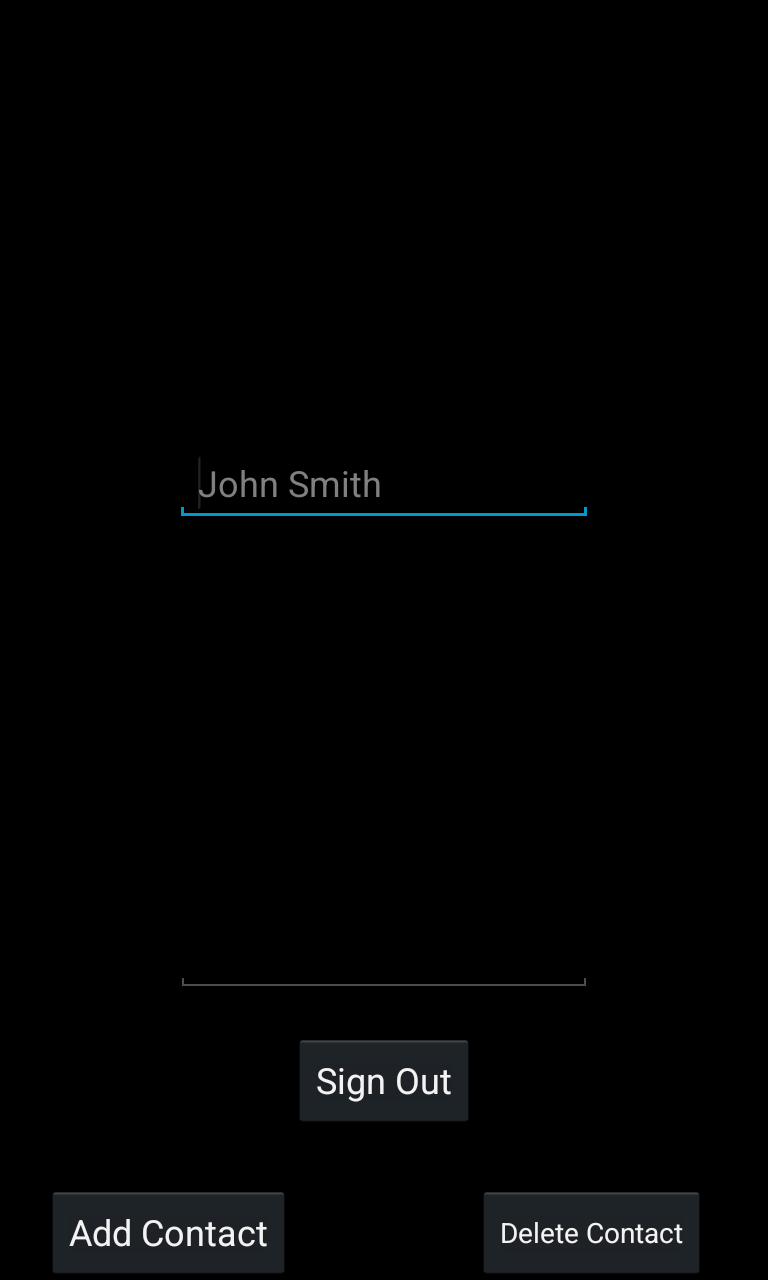
Repository: arianaantonio/CPMD
Layout: ContactsAppAndroid/res/layout/contacts_layout.xml
An editor plug-in stored every save of this project. The layout is shown before and after the next save, followed by the edit.
It is drawn on a 768 x 1280 px phone screen (xhdpi) without system bars, with theme android:Theme.Holo; the app's code is not run. Lists and similar views that code fills are empty.

Above is the layout before, as saved 2014-10-30 08:19:40.

### ContactsAppAndroid/res/layout/contacts_layout.xml
<?xml version="1.0" encoding="utf-8"?>
<RelativeLayout xmlns:android="http://schemas.android.com/apk/res/android"
    xmlns:tools="http://schemas.android.com/tools"
    android:layout_width="match_parent"
    android:layout_height="match_parent"
    android:orientation="vertical"
    tools:context="com.parse.starter.ContactsActivity" >

    <ListView
        android:id="@+id/listView1"
        android:layout_width="match_parent"
        android:layout_height="200dp"
        android:layout_alignParentTop="true"
        android:layout_centerHorizontal="true"
        android:layout_marginTop="22dp" >
    </ListView>

    <Button
        android:id="@+id/button2"
        android:layout_width="wrap_content"
        android:layout_height="wrap_content"
        android:layout_alignParentBottom="true"
        android:layout_toLeftOf="@+id/button1"
        android:text="@string/add" />

    <Button
        android:id="@+id/button3"
        style="?android:attr/buttonStyleSmall"
        android:layout_width="wrap_content"
        android:layout_height="wrap_content"
        android:layout_alignParentBottom="true"
        android:layout_toRightOf="@+id/button1"
        android:text="@string/delete" />

    <EditText
        android:id="@+id/editText1"
        android:layout_width="wrap_content"
        android:layout_height="wrap_content"
        android:layout_below="@+id/listView1"
        android:layout_centerHorizontal="true"
        android:hint="@string/name"
        android:ems="10" >

        <requestFocus />
    </EditText>

    <Button
        android:id="@+id/button1"
        android:layout_width="wrap_content"
        android:layout_height="wrap_content"
        android:layout_above="@+id/button3"
        android:layout_centerHorizontal="true"
        android:layout_marginBottom="28dp"
        android:text="@string/signOut" />

    <EditText
        android:id="@+id/editText2"
        android:layout_width="wrap_content"
        android:layout_height="wrap_content"
        android:layout_above="@+id/button1"
        android:layout_alignLeft="@+id/editText1"
        android:layout_marginBottom="19dp"
        android:ems="10"
        android:inputType="phone" />

</RelativeLayout>

### ContactsAppAndroid/res/values/strings.xml
<?xml version="1.0" encoding="utf-8"?>
<resources>
    <string name="hello">Hello World, ParseStarterProjectActivity!</string>
    <string name="app_name">ParseStarterProject</string>
    <string name="login">Log In</string>
    <string name="signup">Sign Up</string>
    <string name="skip">Skip</string>
    <string name="username">username</string>
    <string name="password">password</string>
    <string name="newUsername">Create Username</string>
    <string name="newPassword">Create Password</string>
    <string name="contacts">Contacts</string>
    <string name="name">John Smith</string>
    <string name="phoneNumber">(323)523-2463</string>
    <string name="add">Add Contact</string>
    <string name="delete">Delete Contact</string>
    <string name="signOut">Sign Out</string>

</resources>

After the next save:
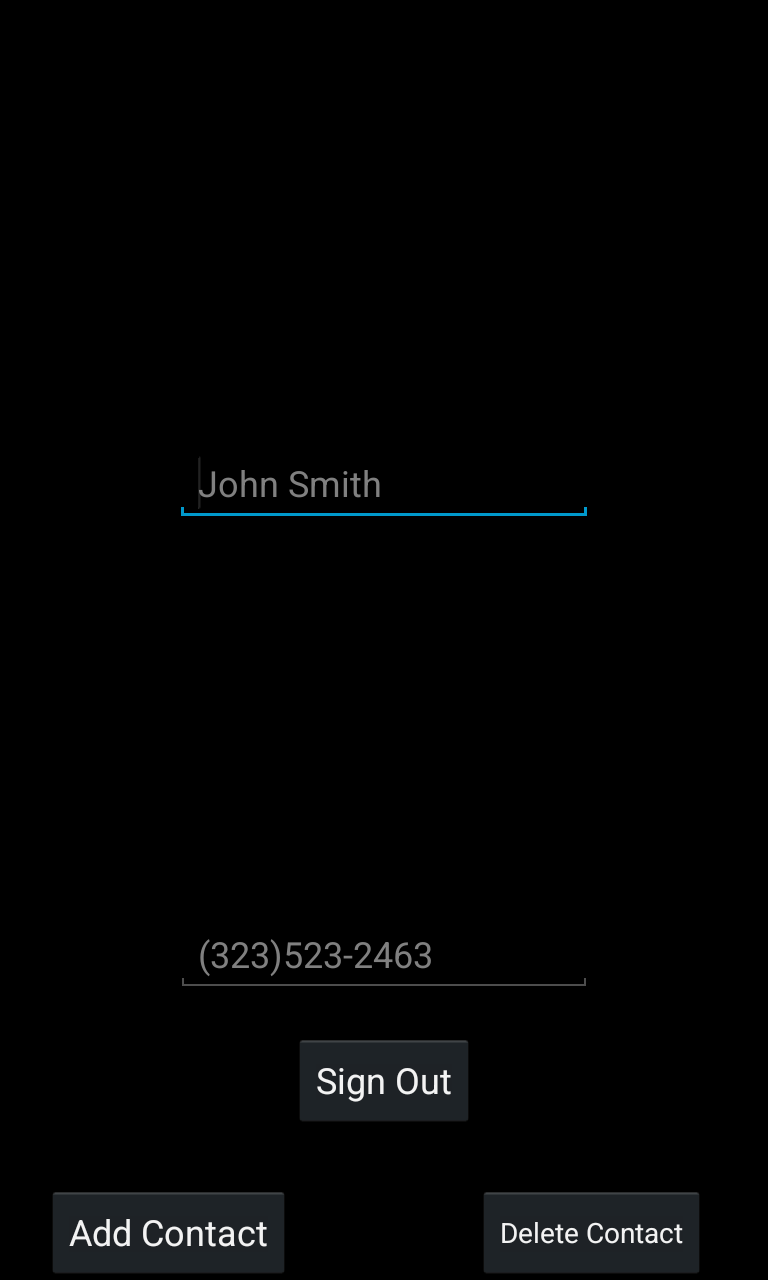
Saved 18 s later.
--- a/ContactsAppAndroid/res/layout/contacts_layout.xml
+++ b/ContactsAppAndroid/res/layout/contacts_layout.xml
@@ -61,6 +61,7 @@
         android:layout_alignLeft="@+id/editText1"
         android:layout_marginBottom="19dp"
         android:ems="10"
+        android:hint="@string/phoneNumber"
         android:inputType="phone" />
 
 </RelativeLayout>
